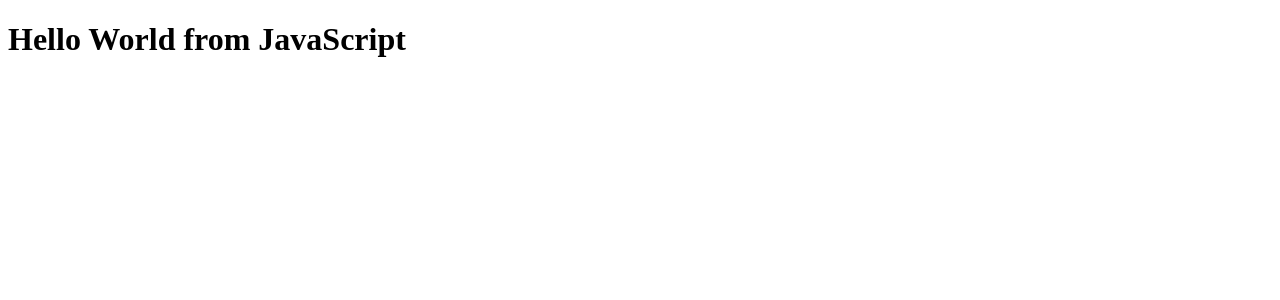
Repository: prasuv-karki/python
Page: js/index.html
These files come from the project's save history. The page is drawn as it stood at one moment and after the next save; the edit follows.
The browser window is 1280 px wide. The pictures show the whole page.

Above is the page before, as saved 2023-01-03 16:26:15.

### js/index.html
<!DOCTYPE html>
<html lang="en">
<head>
    <meta charset="UTF-8">
    <meta http-equiv="X-UA-Compatible" content="IE=edge">
    <meta name="viewport" content="width=device-width, initial-scale=1.0">
    <title>Hello World Using JavaScript
    </title>
</head>
<body>
    <div id="result"></div>
    <script>
        //document.write("<h1>Hello World</h1>");
        //console.log("Hello Log");

        document.getElementById("result").innerHTML="<h1>Hello World from JavaScript</h1>";

    </script>
</body>
</html>

After the next save:
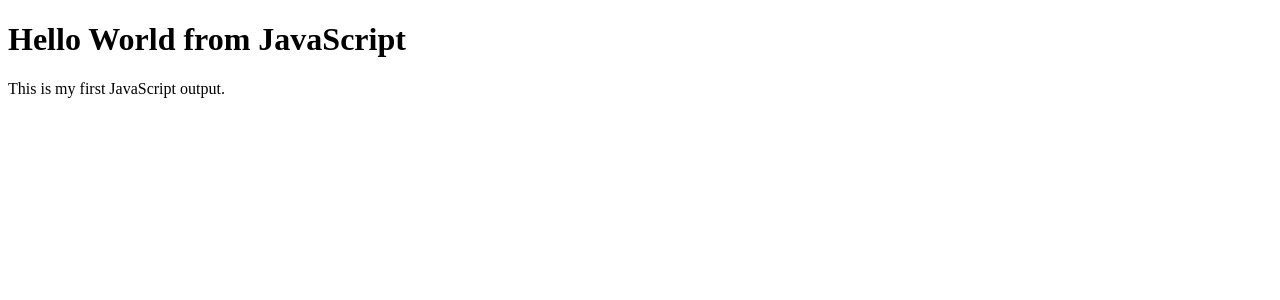
Saved 102 s later.
--- a/js/index.html
+++ b/js/index.html
@@ -14,6 +14,7 @@
         //console.log("Hello Log");
 
         document.getElementById("result").innerHTML="<h1>Hello World from JavaScript</h1>";
+        document.getElementById("result").innerHTML+="<p>This is my first JavaScript output."
 
     </script>
 </body>
